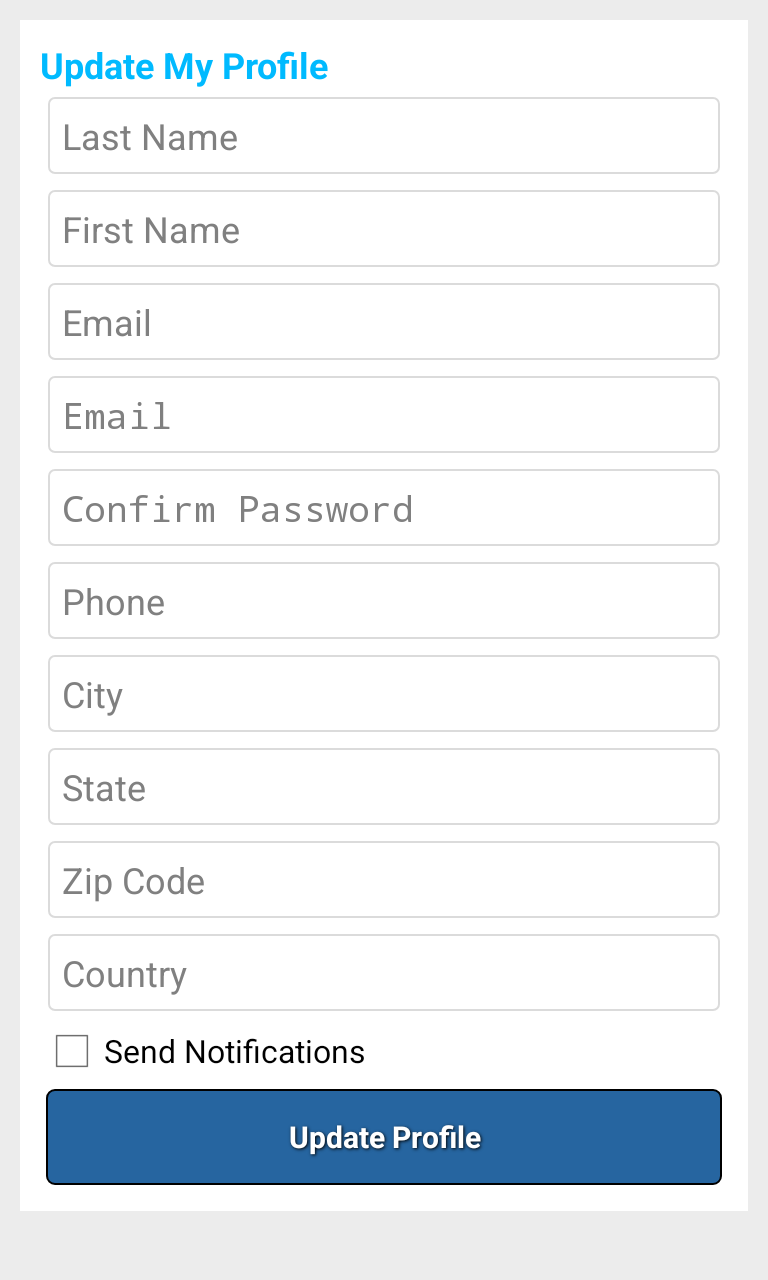
Repository: spotmob/spotmob
Layout: SpotMob/res/layout/my_profile.xml
The author's editor kept a copy of each file at every save. The layout is drawn from the files as they stood at one save, then again after the next save.
It is drawn on a 768 x 1280 px phone screen (xhdpi) without system bars, with theme ThemeSelector; the app's code is not run.

Above is the layout before, as saved 2013-06-19 05:08:02.

### SpotMob/res/layout/my_profile.xml
<?xml version="1.0" encoding="utf-8"?>
<ScrollView xmlns:android="http://schemas.android.com/apk/res/android"
    android:id="@+id/scrollView1"
    android:layout_width="match_parent"
    android:layout_height="match_parent"
    android:background="#ececec" >

    <LinearLayout
        android:layout_width="match_parent"
        android:layout_height="wrap_content"
        android:layout_margin="10dp"
        android:background="#ffffff"
        android:orientation="vertical"
        android:padding="10dp" >

        <TextView
            android:id="@+id/spotmobRegisterLabletextView"
            android:layout_width="wrap_content"
            android:layout_height="wrap_content"
            android:text="Update My Profile"
            android:textColor="#00baff"
            android:textSize="18dip"
            android:textStyle="bold" />

        <EditText
            android:id="@+id/lastName"
            android:layout_width="match_parent"
            android:layout_height="wrap_content"
            android:layout_margin="4dip"
            android:background="@drawable/gradient_edit_text"
            android:ems="10"
            android:hint="Last Name"
            android:inputType="textPersonName" />

        <EditText
            android:id="@+id/firstName"
            android:layout_width="match_parent"
            android:layout_height="wrap_content"
            android:layout_margin="4dip"
            android:background="@drawable/gradient_edit_text"
            android:ems="10"
            android:hint="First Name"
            android:inputType="textPersonName" />

        <EditText
            android:id="@+id/email"
            android:layout_width="match_parent"
            android:layout_height="wrap_content"
            android:layout_margin="4dip"
            android:background="@drawable/gradient_edit_text"
            android:ems="10"
            android:hint="@string/email_hint"
            android:inputType="textEmailAddress" />

<!--         <EditText
            android:id="@+id/password"
            android:layout_width="match_parent"
            android:layout_height="wrap_content"
            android:layout_margin="4dip"
            android:background="@drawable/gradient_edit_text"
            android:ems="10"
            android:hint="@string/password_hint"
            android:inputType="textPassword" />

        <EditText
            android:id="@+id/confirmPassword"
            android:layout_width="match_parent"
            android:layout_height="wrap_content"
            android:layout_margin="4dip"
            android:background="@drawable/gradient_edit_text"
            android:ems="10"
            android:hint="@string/confirm_password_hint"
            android:inputType="textPassword" /> -->

        <EditText
            android:id="@+id/password"
            android:layout_width="match_parent"
            android:layout_height="wrap_content"
            android:layout_margin="4dip"
            android:background="@drawable/gradient_edit_text"
            android:ems="10"
            android:hint="@string/email_hint"
            android:inputType="textPassword" >

        </EditText>

        <EditText
            android:id="@+id/confirmPassword"
            android:layout_width="match_parent"
            android:layout_height="wrap_content"
            android:layout_margin="4dip"
            android:background="@drawable/gradient_edit_text"
            android:ems="10"
            android:hint="@string/confirm_password_hint"
            android:inputType="textPassword" />

        <EditText
            android:id="@+id/phone"
            android:layout_width="match_parent"
            android:layout_height="wrap_content"
            android:layout_margin="4dip"
            android:background="@drawable/gradient_edit_text"
            android:ems="10"
            android:hint="@string/phone_hint"
            android:inputType="phone" />

        <EditText
            android:id="@+id/city"
            android:layout_width="match_parent"
            android:layout_height="wrap_content"
            android:layout_margin="4dip"
            android:background="@drawable/gradient_edit_text"
            android:ems="10"
            android:hint="City" />

        <EditText
            android:id="@+id/state"
            android:layout_width="match_parent"
            android:layout_height="wrap_content"
            android:layout_margin="4dip"
            android:background="@drawable/gradient_edit_text"
            android:ems="10"
            android:hint="State"
            android:inputType="textPersonName" />

        <EditText
            android:id="@+id/zipCode"
            android:layout_width="match_parent"
            android:layout_height="wrap_content"
            android:layout_margin="4dip"
            android:background="@drawable/gradient_edit_text"
            android:ems="10"
            android:hint="Zip Code"
            android:inputType="number" />

        <EditText
            android:id="@+id/country"
            android:layout_width="match_parent"
            android:layout_height="wrap_content"
            android:layout_margin="4dip"
            android:background="@drawable/gradient_edit_text"
            android:ems="10"
            android:hint="Country"
            android:inputType="textPersonName" />

        <CheckBox
            android:id="@+id/notificationCheckBox"
            android:layout_width="wrap_content"
            android:layout_height="wrap_content"
            android:text="Send Notifications" />

        <Button
            android:id="@+id/updateButton"
            style="@style/SmallButtonText"
            android:layout_width="match_parent"
            android:layout_height="wrap_content"
            android:background="@drawable/button_selector"
            android:text="Update Profile" />
    </LinearLayout>

</ScrollView>

### SpotMob/res/values-v11/styles.xml
<resources xmlns:android="http://schemas.android.com/apk/res/android">

   <style name="ThemeSelector" parent="android:Theme.Holo.Light">
        <item name="android:actionBarStyle">@style/ActionBar</item>
       		 <item name="android:actionBarTabTextStyle">@style/MyActionBarTabTextStyle</item>
       		 <item name="android:actionBarSize">64dip</item>

       		 </style>


    <style name="MyActionBarTabTextStyle" parent="@android:style/Widget.Holo.ActionBar.TabText">
        <item name="android:textSize">13sp</item>
        <item name="android:textColor">#2665a0</item>
        <item name="android:padding">0dip</item>
    </style>


    <style name="ActionBar" parent="android:style/Widget.Holo.ActionBar">
	<item name="android:background">@drawable/action_bar_gradient</item>
    </style>

</resources>

### SpotMob/res/values/styles.xml
<resources>

 <style name="ThemeSelector" parent="android:Theme.Light">
        <item name="android:windowTitleBackgroundStyle">@style/WindowTitleBackground</item>
   		 <item name="android:actionBarTabTextStyle">@style/MyActionBarTabTextStyle</item>
   		        		 <item name="android:actionBarSize">48dip</item>

    </style>

    <style name="MyActionBarTabTextStyle" parent="@android:style/Widget.Holo.ActionBar.TabText">
        <item name="android:textSize">13sp</item>
                <item name="android:textColor">#2665a0</item>

        <item name="android:padding">0dip</item>
    </style>

    <style name="WindowTitleBackground">
        <item name="android:background">@drawable/action_bar_gradient</item>
    </style>

    <style name="ButtonText">
        <item name="android:layout_width">fill_parent</item>
        <item name="android:layout_height">wrap_content</item>
        <item name="android:textColor">#ffffff</item>
        <item name="android:gravity">center</item>
        <item name="android:layout_margin">3dp</item>
        <item name="android:textSize">15dp</item>
        <item name="android:textStyle">bold</item>
        <item name="android:shadowColor">#000000</item>
        <item name="android:shadowDx">1</item>
        <item name="android:shadowDy">1</item>
        <item name="android:shadowRadius">2</item>
    </style>

    <style name="TitleText">
        <item name="android:layout_width">fill_parent</item>
        <item name="android:layout_height">wrap_content</item>
        <item name="android:textColor">#FFFFFF</item>
        <item name="android:gravity">center</item>
        <item name="android:layout_margin">3dp</item>
        <item name="android:textSize">30dp</item>
        <item name="android:textStyle">bold</item>
        <item name="android:shadowColor">#000000</item>
        <item name="android:shadowDx">1</item>
        <item name="android:shadowDy">1</item>
        <item name="android:shadowRadius">2</item>
    </style>

    <style name="SpotDescription">
        <item name="android:layout_width">fill_parent</item>
        <item name="android:layout_height">wrap_content</item>
        <item name="android:textColor">#000000</item>
        <item name="android:layout_margin">3dp</item>
        <item name="android:textSize">15dp</item>
    </style>

    <style name="SmallButtonText">
        <item name="android:layout_width">fill_parent</item>
        <item name="android:layout_height">wrap_content</item>
        <item name="android:textColor">#ffffff</item>
        <item name="android:gravity">center</item>
        <item name="android:layout_margin">3dp</item>
        <item name="android:textSize">15dp</item>
        <item name="android:textStyle">bold</item>
        <item name="android:shadowColor">#000000</item>
        <item name="android:shadowDx">1</item>
        <item name="android:shadowDy">1</item>
        <item name="android:shadowRadius">2</item>
    </style>

    <style name="TabText">
        <item name="android:layout_width">fill_parent</item>
        <item name="android:layout_height">wrap_content</item>
        <item name="android:textColor">#ffffff</item>
        <item name="android:gravity">center</item>
        <item name="android:layout_margin">3dp</item>
        <item name="android:textSize">14dp</item>
        <item name="android:textStyle">bold</item>
        <item name="android:shadowColor">#000000</item>
        <item name="android:shadowDx">1</item>
        <item name="android:shadowDy">1</item>
        <item name="android:shadowRadius">2</item>
    </style>

    <style name="userRatingBar" parent="@android:style/Widget.RatingBar">
        <item name="android:progressDrawable">@drawable/rating_stars</item>
        <item name="android:minHeight">22dip</item>
        <item name="android:maxHeight">22dip</item>
    </style>

</resources>

### SpotMob/res/drawable/action_bar_gradient.xml
<?xml version="1.0" encoding="utf-8"?>
<shape xmlns:android="http://schemas.android.com/apk/res/android"
    android:shape="rectangle"
    android:useLevel="false" >
   <!-- #327e09 -->
    <gradient
        android:endColor="#ffffff"
        android:startColor="#d8d8d8"
        android:useLevel="true"
        android:type="linear"
        android:angle="90" />
</shape>

### SpotMob/res/drawable/gradient_edit_text.xml
<?xml version="1.0" encoding="utf-8"?>
<shape xmlns:android="http://schemas.android.com/apk/res/android"
    android:shape="rectangle" >

    <gradient
        android:angle="270"
        android:centerColor="#ffffff"
        android:endColor="#ffffff"
        android:startColor="#ffffff" />

    <stroke
        android:width="1dp"
        android:color="#dbdbdb" />

    <padding
        android:bottom="7dp"
        android:left="7dp"
        android:right="7dp"
        android:top="7dp" />

    <corners android:radius="3dp" />

</shape>

### SpotMob/res/values/strings.xml
<?xml version="1.0" encoding="utf-8"?>
<resources>

    <string name="app_name">SpotMob</string>
    <string name="action_settings">Settings</string>
    <string name="refresh">Refresh</string>
        <string name="help">Help</string>
        <string name="about">About</string>

    <string name="spots_tab">Spots</string>
    <string name="my_bids_tab">My Bids</string>
    <string name="my_items_tab">My Items</string>

    <!-- Login Screen -->
    <string name="login_button_text">Login</string>
    <string name="login_username_hint">Email</string>
    <string name="login_password_hint">Password</string>
    <string name="forgot_password_text">Forgot Password? Click Here</string>


    <!-- Register Screen -->
    <string name="register_button_text">Register</string>
    <string name="firstname">First Name</string>
    <string name="lastname">Last Name</string>
    <string name="password_hint">Password</string>
    <string name="confirm_password_hint">Confirm Password</string>
    <string name="email_hint">Email</string>
    <string name="phone_hint">Phone</string>
    <string name="register_description">SpotMob Registration</string>
    <string name="disclaimerText">* Please make sure you enter correct info as the buyer will use this number to contact you when a bid is accepted. You number is hidden from outside world unless and until you accept a bid.</string>




        <string name="city_prompt">City</string>

    <string-array name="city_array">
        <item>San Francisco</item>
        <item>Santa Clara</item>
        <item>Fremont</item>
        <item>Sacramento</item>
        <item>Hayward</item>
        <item>San Jose</item>
        <item>Oakland</item>
        <item>Dublin</item>
    </string-array>


        <string name="state_prompt">State</string>

    <string-array name="state_array">
        <item>AL</item>
        <item>AK</item>
        <item>AZ</item>
        <item>AR</item>
        <item>CA</item>
        <item>CO</item>
        <item>CT</item>
        <item>DE</item>
        <item>FL</item>
        <item>GA</item>
        <item>HI</item>
        <item>ID</item>
        <item>IL</item>
        <item>IN</item>
        <item>IA</item>
        <item>KS</item>
        <item>KY</item>
        <item>LA</item>
        <item>ME</item>
        <item>MD</item>
        <item>MA</item>
        <item>MI</item>
        <item>MN</item>
        <item>MS</item>
        <item>MO</item>
        <item>MT</item>
        <item>NE</item>
        <item>NV</item>
        <item>NH</item>
        <item>NJ</item>
        <item>NM</item>
        <item>NY</item>
        <item>NC</item>
        <item>ND</item>
        <item>OH</item>
        <item>OK</item>
        <item>OR</item>
        <item>PA</item>
        <item>RI</item>
        <item>SC</item>
        <item>SD</item>
        <item>TN</item>
        <item>TX</item>
        <item>UT</item>
        <item>VT</item>
        <item>VA</item>
        <item>WA</item>
        <item>WV</item>
        <item>WI</item>
        <item>WY</item>
    </string-array>

    <string name="country_prompt">Country</string>

    <string-array name="country_array">
        <item>USA</item>
    </string-array>
    <string-array name="category_array">
        <item>General</item>
        <item>Restaurant</item>
        <item>Sports</item>
        <item>Parking</item>
        <item>Movies</item>
        <item>Concerts</item>
        <item>Theme Park</item>
    </string-array>

        <string-array name="filter_category_array">
        <item>All Categories</item>
        <item>General</item>
        <item>Restaurant</item>
        <item>Sports</item>
        <item>Parking</item>
        <item>Movies</item>
        <item>Concerts</item>
        <item>Theme Park</item>
    </string-array>



</resources>

### SpotMob/res/drawable/button_selector.xml
<?xml version="1.0" encoding="utf-8"?>
<selector xmlns:android="http://schemas.android.com/apk/res/android">
    <!-- #48B1E9 -->
    <item android:state_pressed="true" >
        <shape>
            <solid
                android:color="#000000" />
            <stroke
                android:width="1dp"
                android:color="#000000" />
            <corners
                android:radius="3dp" />
            <padding
                android:left="10dp"
                android:top="10dp"
                android:right="10dp"
                android:bottom="10dp" />
        </shape>
    </item>
    <item>
        <shape>
            <!-- #09777e -->
            <gradient
                android:startColor="#2665a0"
                android:endColor="#2665a0"
                android:angle="270" />
            <stroke
                android:width="1dp"
                android:color="#000000" />
            <corners
                android:radius="4dp" />
            <padding
                android:left="10dp"
                android:top="10dp"
                android:right="10dp"
                android:bottom="10dp" />
        </shape>
    </item>
</selector>

After the next save:
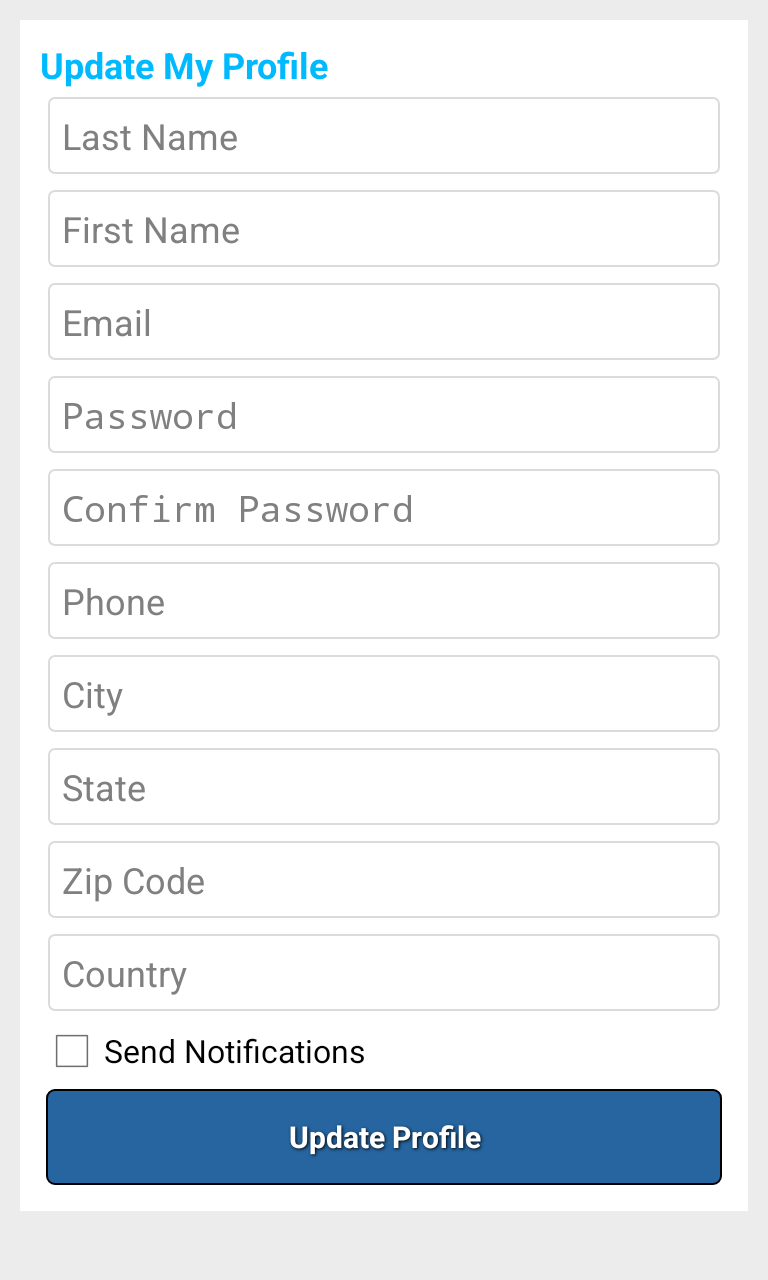
Saved 5 s later.
--- a/SpotMob/res/layout/my_profile.xml
+++ b/SpotMob/res/layout/my_profile.xml
@@ -79,7 +79,7 @@
             android:layout_margin="4dip"
             android:background="@drawable/gradient_edit_text"
             android:ems="10"
-            android:hint="@string/email_hint"
+            android:hint="@string/password_hint"
             android:inputType="textPassword" >
 
         </EditText>
